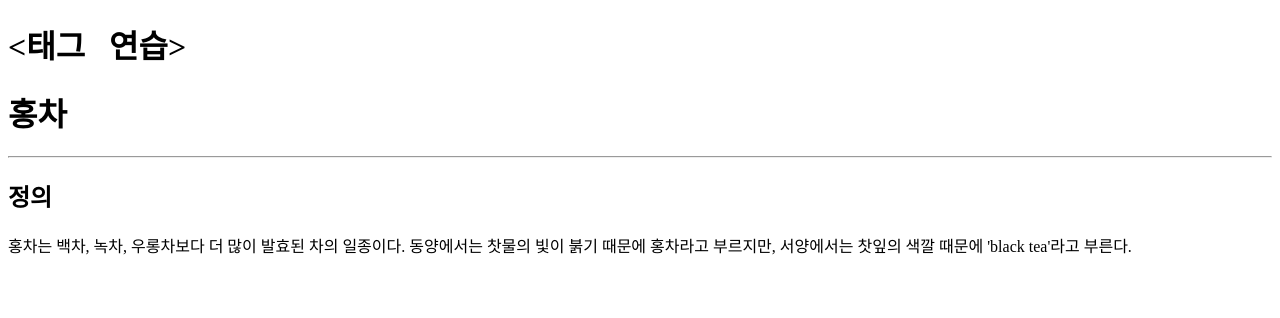
Repository: kmg8138/html
Page: 2020.04.06/ex0406/WebContent/ex03.html
These files come from the project's save history. The page is drawn as it stood at one moment and after the next save; the edit follows.
The browser window is 1280 px wide. The pictures show the whole page.

Above is the page before, as saved 2020-04-06 01:52:36.

### 2020.04.06/ex0406/WebContent/ex03.html
<!DOCTYPE html>
<html>
<head>
	<meta charset="UTF-8">
	<title>연습3</title>
</head>
<body>
	<h1>&lt;태그&nbsp;&nbsp;&nbsp;연습&gt;</h1>
	<h1>홍차</h1>
	<hr/>
	<h2>정의</h2>
	<p>
	홍차는 백차, 녹차, 우롱차보다 더 많이 발효된 차의 일종이다. 동양에서는 찻물의 빛이 붉기 때문에 홍차라고 부르지만,
	서양에서는 찻잎의 색깔 때문에 'black tea'라고 부른다.</p>
</body>
</html>

After the next save:
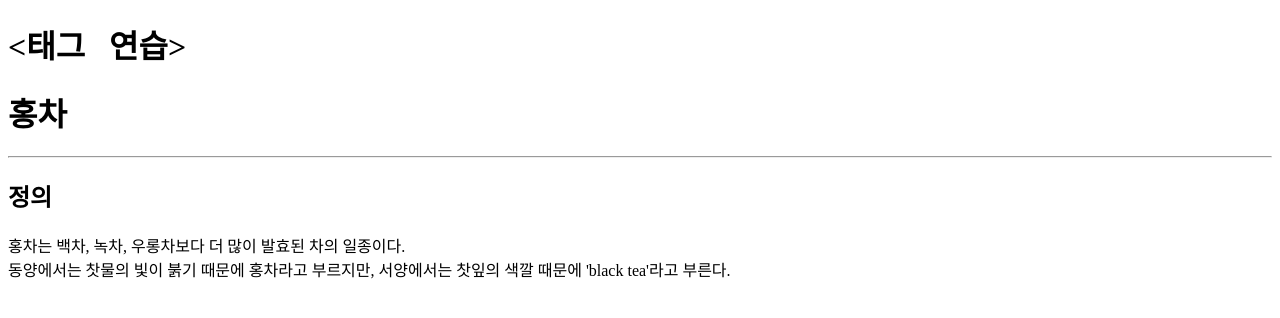
Saved 109 s later.
--- a/2020.04.06/ex0406/WebContent/ex03.html
+++ b/2020.04.06/ex0406/WebContent/ex03.html
@@ -10,7 +10,8 @@
 	<hr/>
 	<h2>정의</h2>
 	<p>
-	홍차는 백차, 녹차, 우롱차보다 더 많이 발효된 차의 일종이다. 동양에서는 찻물의 빛이 붉기 때문에 홍차라고 부르지만,
+	홍차는 백차, 녹차, 우롱차보다 더 많이 발효된 차의 일종이다.<br>
+	동양에서는 찻물의 빛이 붉기 때문에 홍차라고 부르지만,
 	서양에서는 찻잎의 색깔 때문에 'black tea'라고 부른다.</p>
 </body>
 </html>
